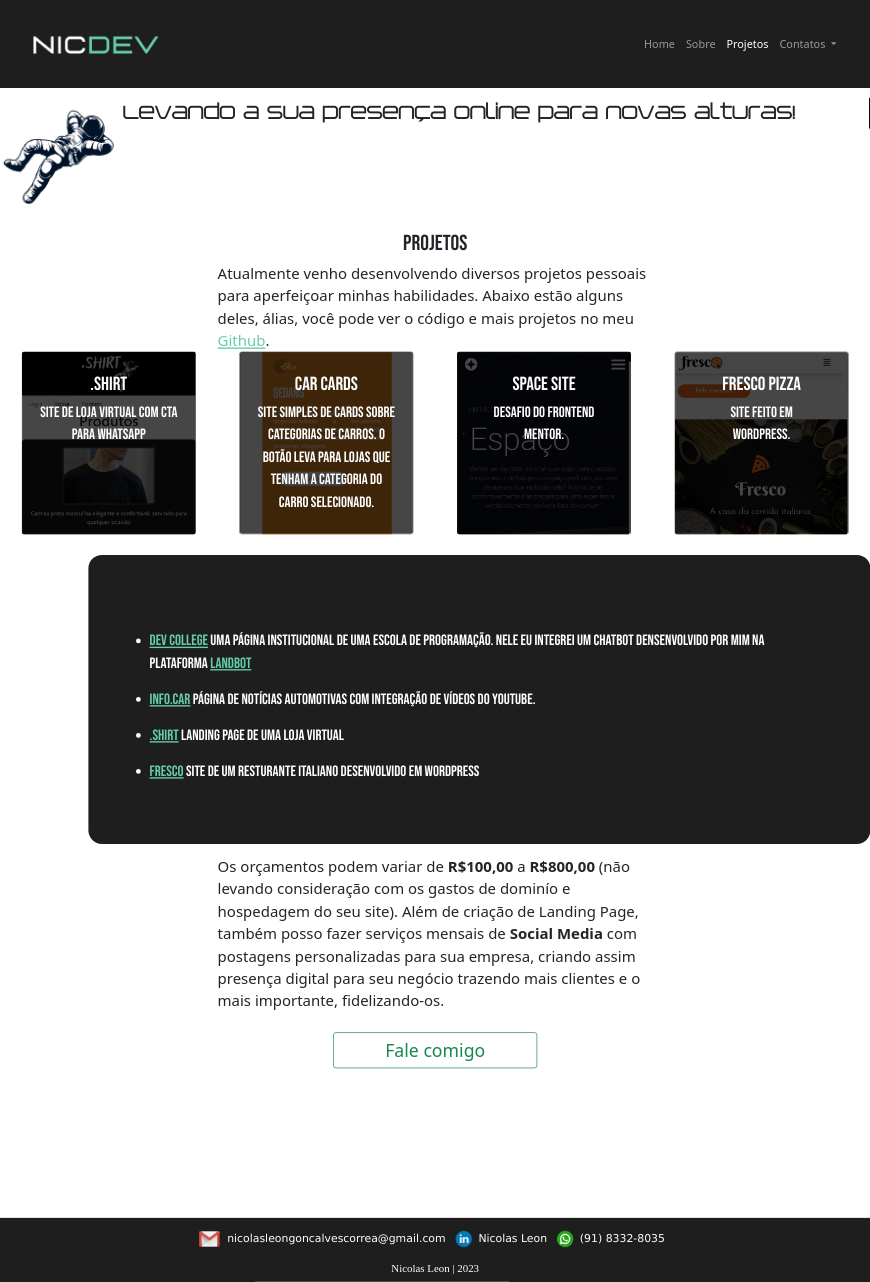
Repository: Leonngc/nicdev
Page: projects.html
An editor plug-in stored every save of this project. The page is shown before and after a run of saves, followed by the edit.
The browser window is 1280 px wide. The pictures show the whole page, at 68% of full size.
Some web libraries are served in a nearby version.

Above is the page before, as saved 2023-06-04 23:11:49.

After the next 2 saves:
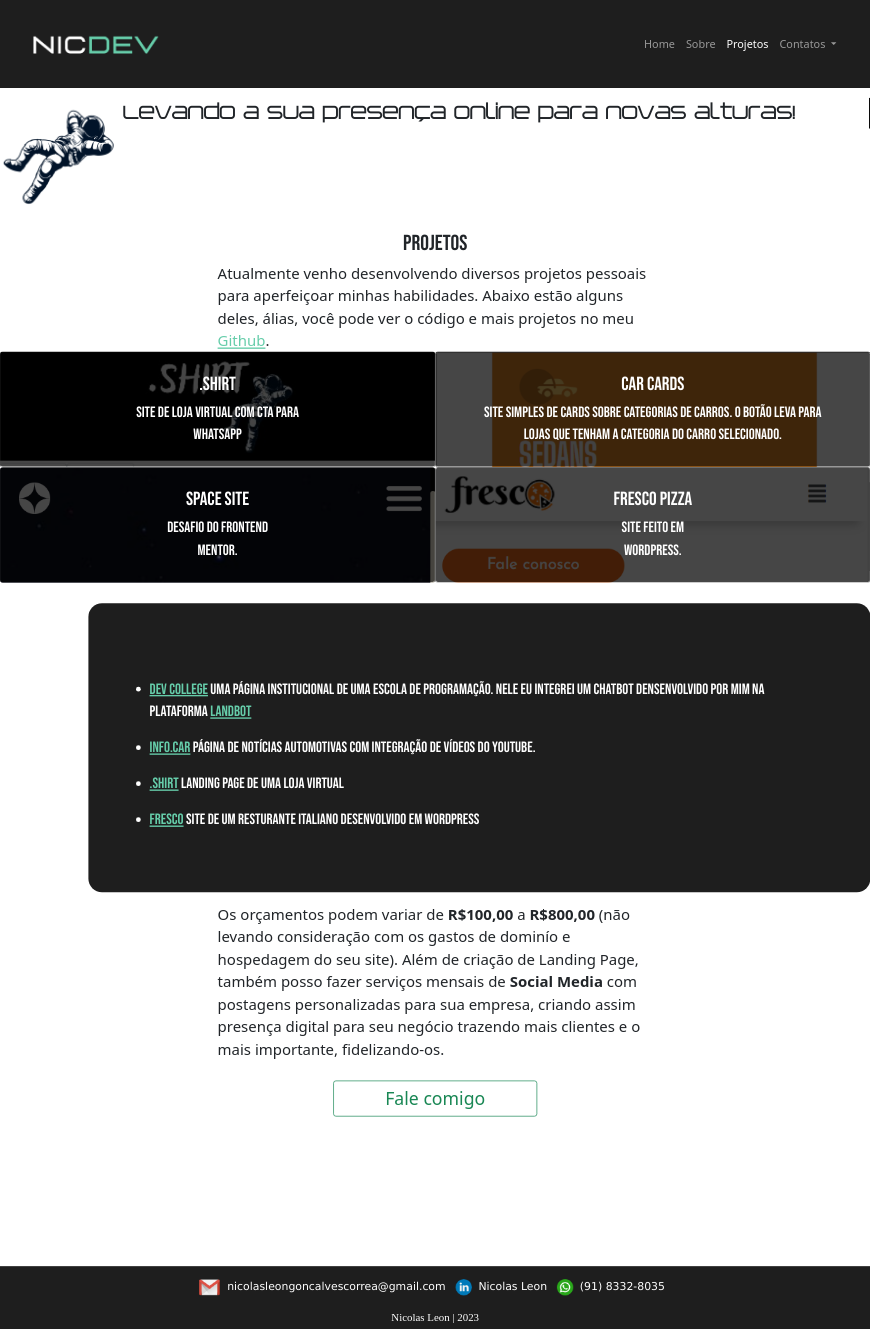
The 2 saves are shown as one change because they came seconds apart.
The last was saved 18 s later.
--- a/styles/projects.css
+++ b/styles/projects.css
@@ -106,14 +106,8 @@ li > img{
 .card{
   background-color: #1e1e1e;
   align-items: center;
-  width: 20%;
+  width: 50%;
 }
-
-.card > img{
-  width: 70%;
-  filter: opacity(10%);
-}
-
 
 #card-0{
   background-image: url(../images/2023-06-04\ \(1\).png);
